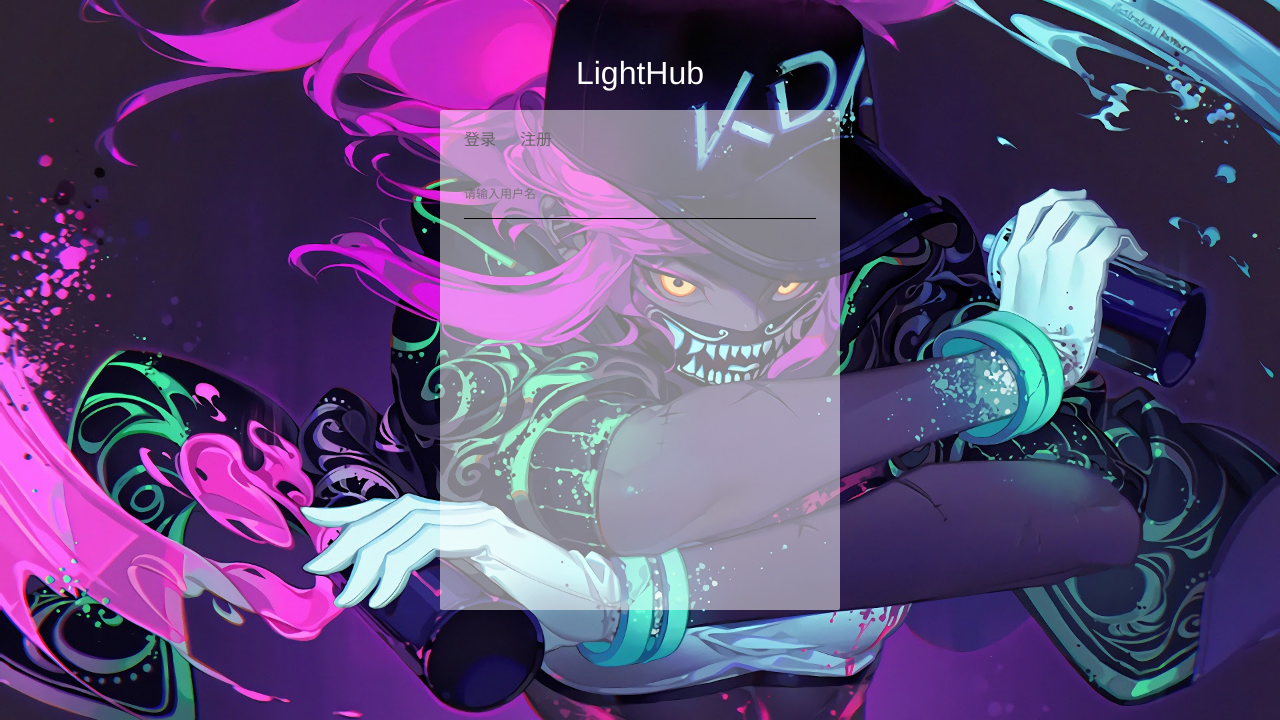
Repository: Martinell1/LightHub
Page: /login (app in LightHub/)
An editor plug-in stored every save of this project. The page is shown before and after the next save, followed by the edit.
The browser window is 1280 px wide. The pictures show the whole page.
The project was rebuilt for these pictures with package versions that can differ from the ones it lists, and the page was loaded fresh each time. Also part of the build but not shown: LightHub/vite.config.ts.

Above is the page before, as saved 2021-11-21 00:14:13.

After the next save:
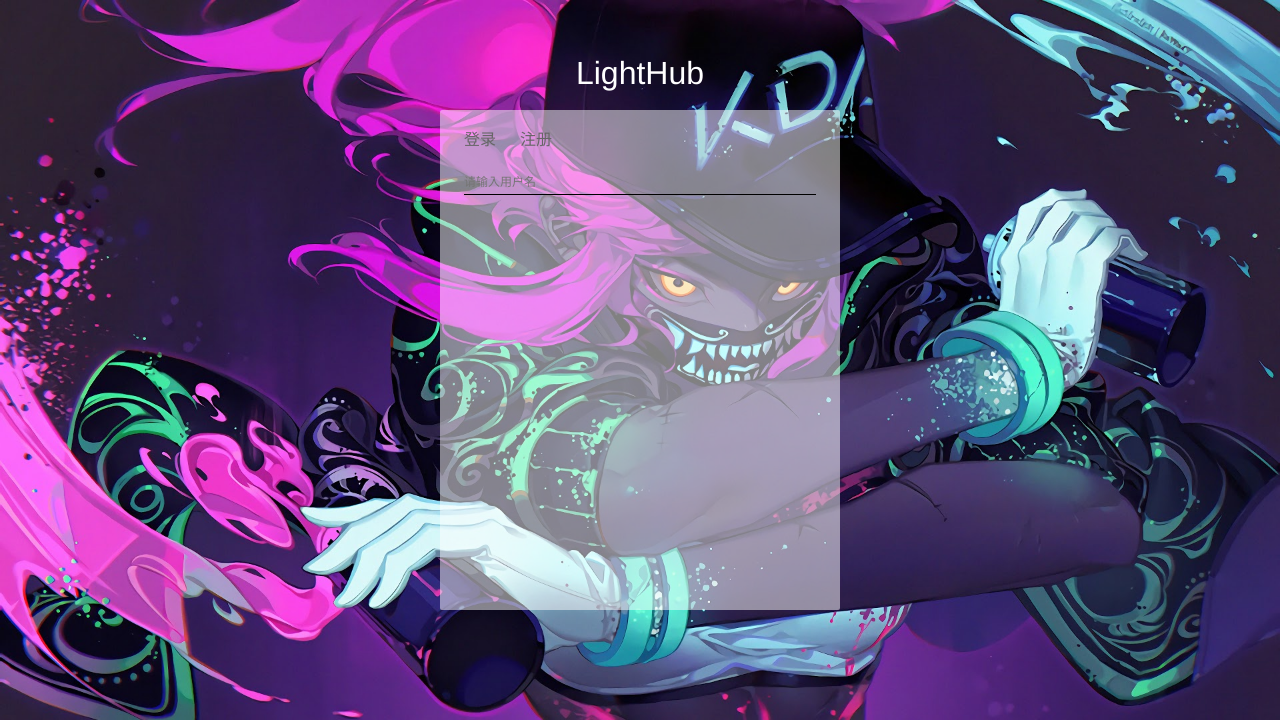
Saved 53 s later.
--- a/LightHub/src/views/Login.vue
+++ b/LightHub/src/views/Login.vue
@@ -58,8 +58,8 @@
     .login-form-item {
       input {
         width: 100%;
-        line-height: 48px;
-        height: 48px;
+        line-height: 24px;
+        height: 24px;
         background: transparent;
       }
       border-bottom: 1px solid black;
